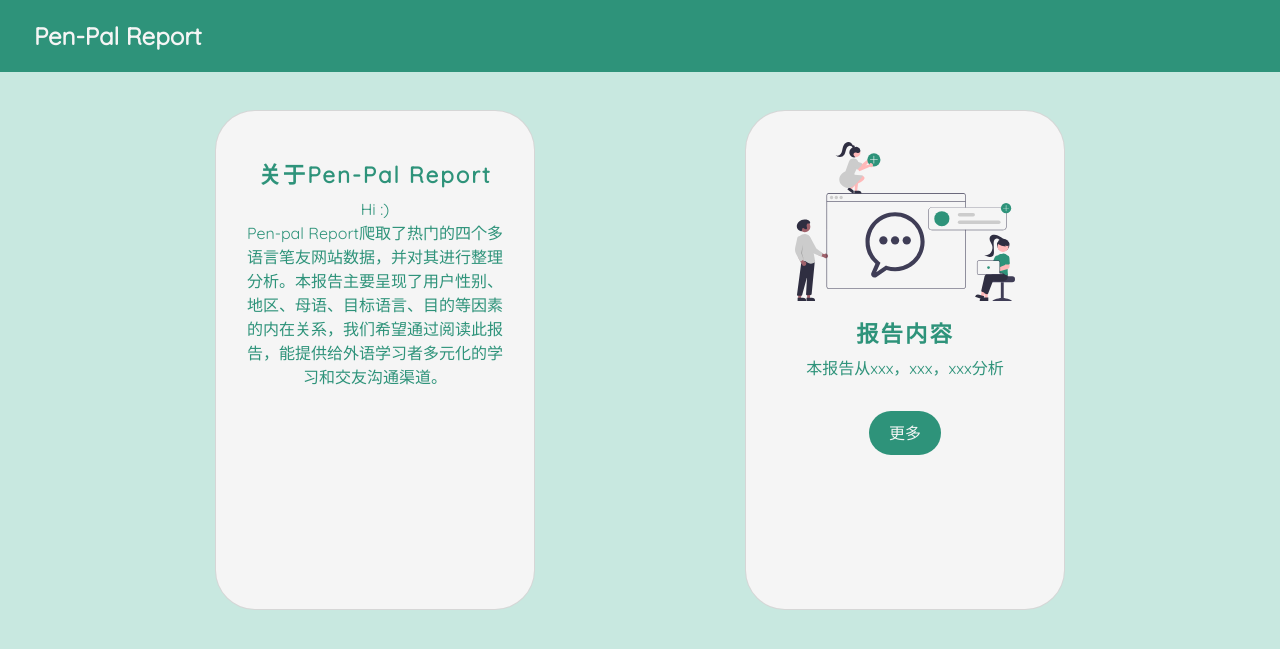
Repository: warrior1803-wang/penpal-report
Page: dist/index.html
The author's editor kept a copy of each file at every save. The page is drawn from the files as they stood at one save, then again after the next save.
The browser window is 1280 px wide. The pictures show the whole page.

Above is the page before, as saved 2021-07-03 01:19:31.

### dist/index.html
<!DOCTYPE html>
<html lang="en" >
<head>
  <meta charset="UTF-8">
  <title>CodePen - Test Card homepage AIS</title>
  <link rel='stylesheet' href='https://cdnjs.cloudflare.com/ajax/libs/twitter-bootstrap/4.1.3/css/bootstrap.min.css'><link rel="stylesheet" href="./style.css">

</head>
<body>
  <div class="navbar">
    <a class="title" href="#">Pen-Pal Report</a>
  </div>
<div class="container">

  <div class="card">
    <!-- <div class="icon">
      <img src="https://image.flaticon.com/icons/svg/1767/1767591.svg" alt="">
    </div> -->
    <div class="contentBx">
      <h2>关于Pen-Pal Report</h2>
        <p>Hi :) <br>
          Pen-pal Report爬取了热门的四个多语言笔友网站数据，并对其进行整理分析。本报告主要呈现了用户性别、地区、母语、目标语言、目的等因素的内在关系，我们希望通过阅读此报告，能提供给外语学习者多元化的学习和交友沟通渠道。</p>
      <!-- <a href="#"><span>En Savoir plus</span></a> -->
    </div>
  </div>
    <div class="card">
    <div class="icon">
      <img src="img/friends.svg" alt="">
    </div>
    <div class="contentBx">
      <h2>报告内容</h2>
        <p>本报告从xxx，xxx，xxx分析</p>
      <a href="#"><span>更多</span></a>
    </div>
  </div>

</div>


</body>
</html>

### dist/style.css
@import url('https://fonts.googleapis.com/css?family=Quicksand&display=swap');

* {
  padding: 0;
  margin: 0;
  box-sizing: border-box;
}


body {
  background-color: #C8E8E0;
  display: flex;
  justify-content: center;
  align-items: center;
  min-height: 100vh;
  font-family: 'Quicksand', sans-serif;
}
.navbar{
  height: 10vh;
  width: 100%;

  /* position: fixed; */
  background-color: #2E937A;
 position: absolute;
 top: 0;
}
.navbar a.title{
  display: fixed;
     float: left;
    color:whitesmoke;
    text-decoration: none;
    font-size: 24px;
    font-weight: bolder;

    margin-left: 18px;
}

.container {
  /* position: relative; */
  display: flex;
  justify-content: space-around;
  align-items: center;
  flex-wrap: wrap;
  padding: 40px;
}

.container .card {
  width: 320px;
  height: 500px;
  margin: 56px;
  padding: 31px 30px;
  background-color: whitesmoke;
  /* box-shadow: -6px -6px 20px rgba(255, 255, 255, 1), */
  /* 6px 6px 20px rgba(0, 0, 0, 0.1); */
  border-radius: 40px;
}

.container .card:hover {
   box-shadow: inset -6px -6px 10px rgba(255, 255, 255, 0.5),
  inset 6px 6px 20px rgba(0, 0, 0, 0.05);
}

.container .card .icon {
  position: relative;
  text-align: center;
}

.container .card .icon img {
  max-width: 220px;
}

.container .card .contentBx {
  position: relative;
  margin-top: 20px;
  text-align: center;
}

.container .card .contentBx h2 {
  color: #2E937A;
  font-weight: 600;
  font-size: 1.4em;
  letter-spacing: 2px;
}

.container .card .contentBx p {
  color: #2E937A;
}

.container .card .contentBx a {
  display: inline-block;
  padding: 10px 20px;
  margin-top: 15px;
  border-radius: 40px;
  color: whitesmoke;
  font-size: 16px;
  text-decoration: none;
  background-color: #2E937A;
  /* box-shadow: -4px -4px 15px rgba(255, 255, 255, 1),
  4px 4px 15px rgba(0, 0, 0, 0.1); */
}

.container .card .contentBx a:hover {
  box-shadow: inset -4px -4px 10px rgba(255, 255, 255, 0.5),
  inset 4px 4px 10px rgba(0, 0, 0, 0.1);
}

.container .card a:hover span {
  display: block;
  transform: scale(0.98);
}

.container .card:hover .icon,
.container .card:hover .contentBx {
  transform: scale(0.98);
}

After the next save:
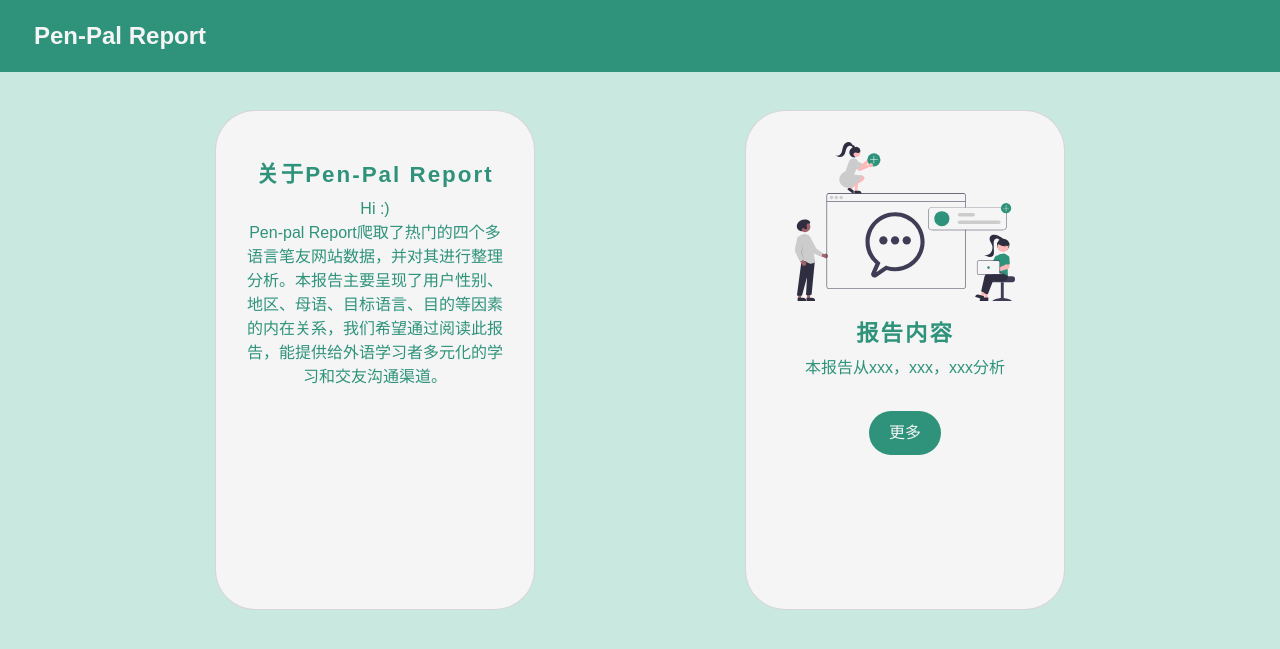
Saved 3 min 34 s later.
--- a/dist/style.css
+++ b/dist/style.css
@@ -1,5 +1,4 @@
-@import url('https://fonts.googleapis.com/css?family=Quicksand&display=swap');
-
+@import url('https://fonts.googleapis.com/css2?family=Noto+Serif+SC:wght@300&display=swap');
 * {
   padding: 0;
   margin: 0;
